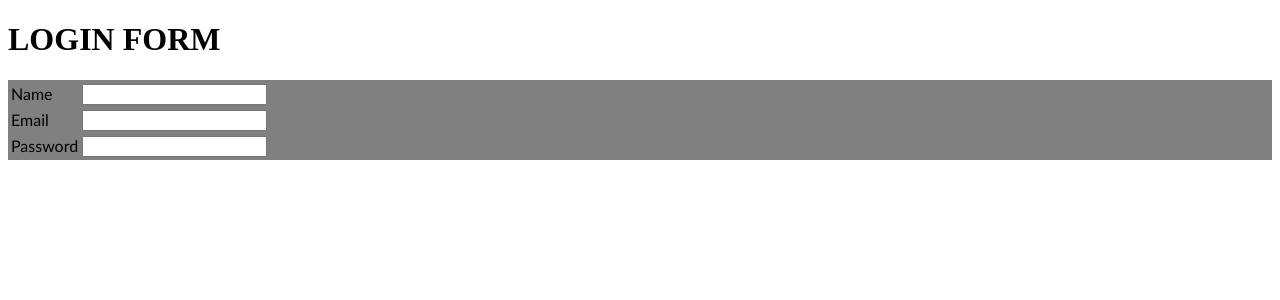
Repository: obusakthi539/Loginform
Page: Login.html
The author's editor kept a copy of each file at every save. The page is drawn from the files as they stood at one save, then again after the next save.
The browser window is 1280 px wide. The pictures show the whole page.

Above is the page before, as saved 2025-01-10 17:37:15.

### Login.html
<!DOCTYPE html>
<html lang="en">
<head>
    <meta charset="UTF-8">
    <meta name="viewport" content="width=device-width, initial-scale=1.0">
    <title>Document</title>
    <style>
        .a{
            background-color:gray;
            font-family: 'Gill Sans', 'Gill Sans MT', Calibri, 'Trebuchet MS', sans-serif;
            width: 35;

        }
    </style>
</head>
<body>

    <h1>LOGIN FORM</h1>
    <div class="a">
        <form action=""></form>
        <table>
            <tr>
                <td> <label for="">Name</label></td>
                <td><input type="text"></td>
            </tr>
            <tr>
                <td><label for="">Email</label></td>
                <td><input type="text"></td>
            </tr>
            <tr>
                <td> <label for="">Password</label></td>
                <td><input type="text"></td>
            </tr>
        </table>
    </div>
</body>
</html>

After the next save:
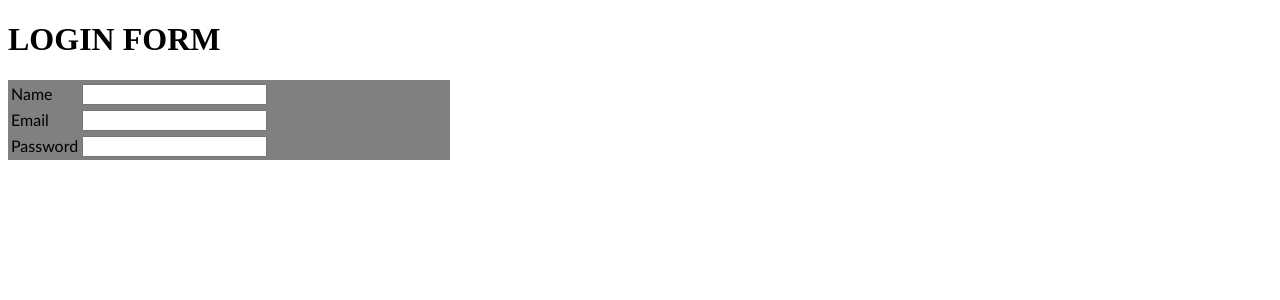
Saved 28 s later.
--- a/Login.html
+++ b/Login.html
@@ -8,7 +8,7 @@
         .a{
             background-color:gray;
             font-family: 'Gill Sans', 'Gill Sans MT', Calibri, 'Trebuchet MS', sans-serif;
-            width: 35;
+            width: 35%;
 
         }
     </style>
